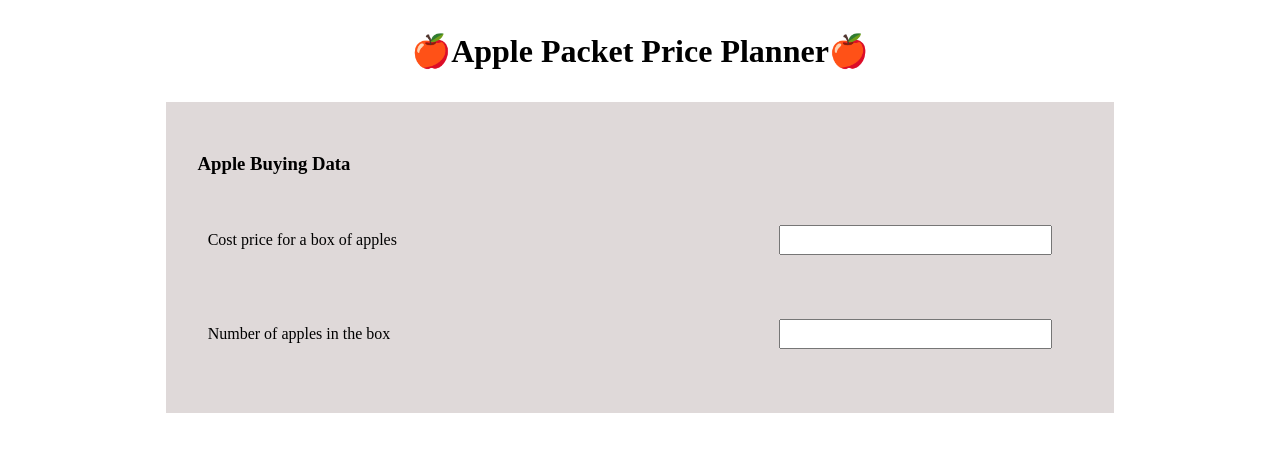
Repository: lasity34/apple-packet-price-planner
Page: index.html
An editor plug-in stored every save of this project. The page is shown before and after the next save, followed by the edit.
The browser window is 1280 px wide. The pictures show the whole page.

Above is the page before, as saved 2023-05-29 10:05:43.

After the next save:
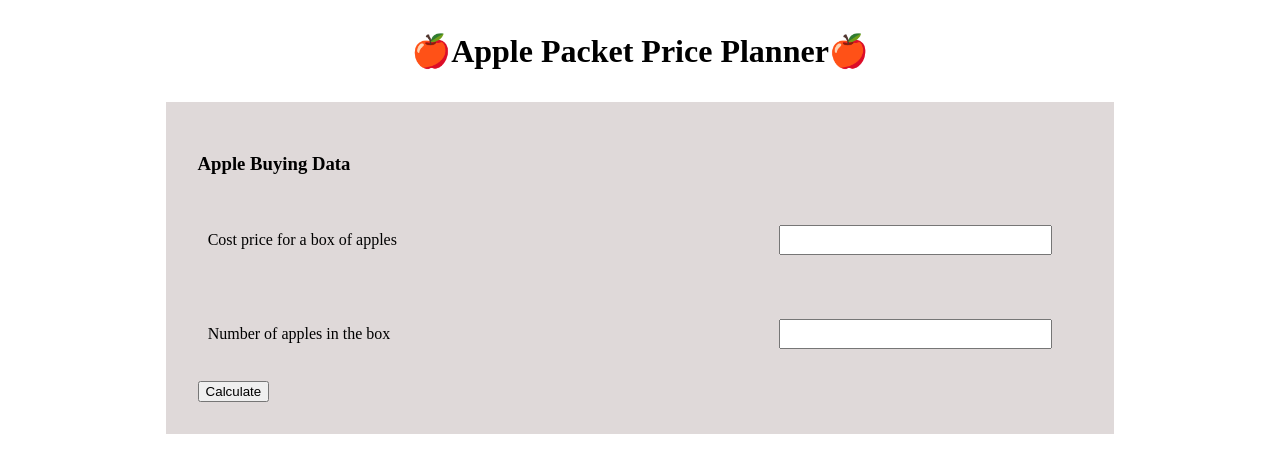
Saved 3 min 49 s later.
--- a/index.html
+++ b/index.html
@@ -24,15 +24,16 @@
         </section>
         <section class="input_section">
             <div class="input_container">
-                <label for="apple_price">Number of apples in the box</label><br />
+                <label for="apple_num">Number of apples in the box</label><br />
                 <input
                   type="number"
-                  id="apple_price"
-                  name="apple_price"
+                  id="apple_num"
+                  name="apple_num"
                   required
                 /><br />
               </div>
         </section>
+        <button>Calculate</button>
     </main>
 </body>
 <script src="./apple-factory.js"></script>
